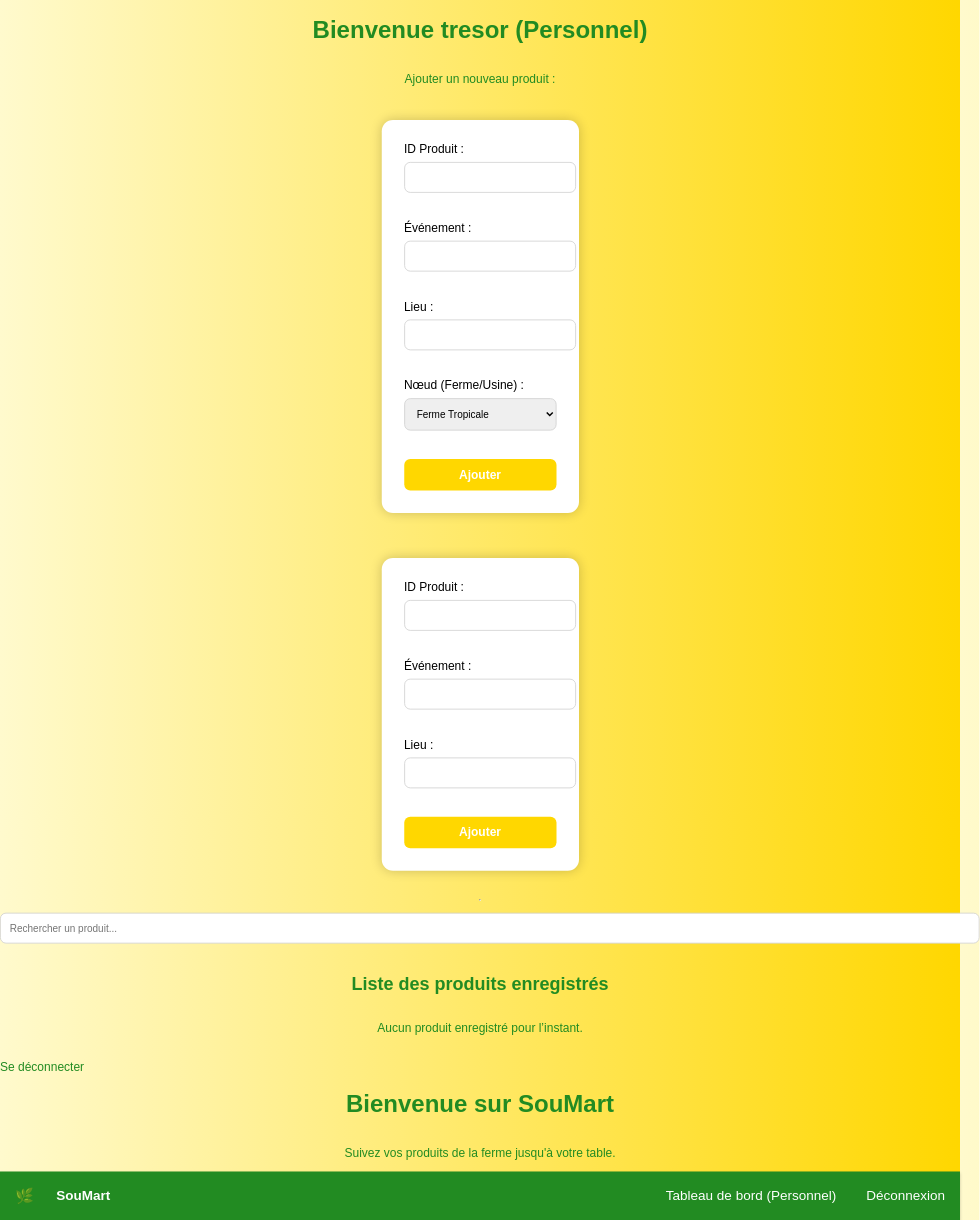
Repository: SouhailMar10/FOOD-MART
Page: http://localhost/dashboard_personnel
The author's editor kept a copy of each file at every save. The page is drawn from the files as they stood at one save, then again after the next save.
The browser window is 1280 px wide. The page is 1306 px wide, then 1280 px, so the pictures cover 1306 px, including what lies to the right of the window. The pictures show the whole page, at 75% of full size.
The page is served by the project's application, run on Flask 3 (app.py). The user the application loads for id 1 is signed in. The page reads the database file committed with the project.

Above is the page before, as saved 2025-04-27 12:29:29.

After the next save:
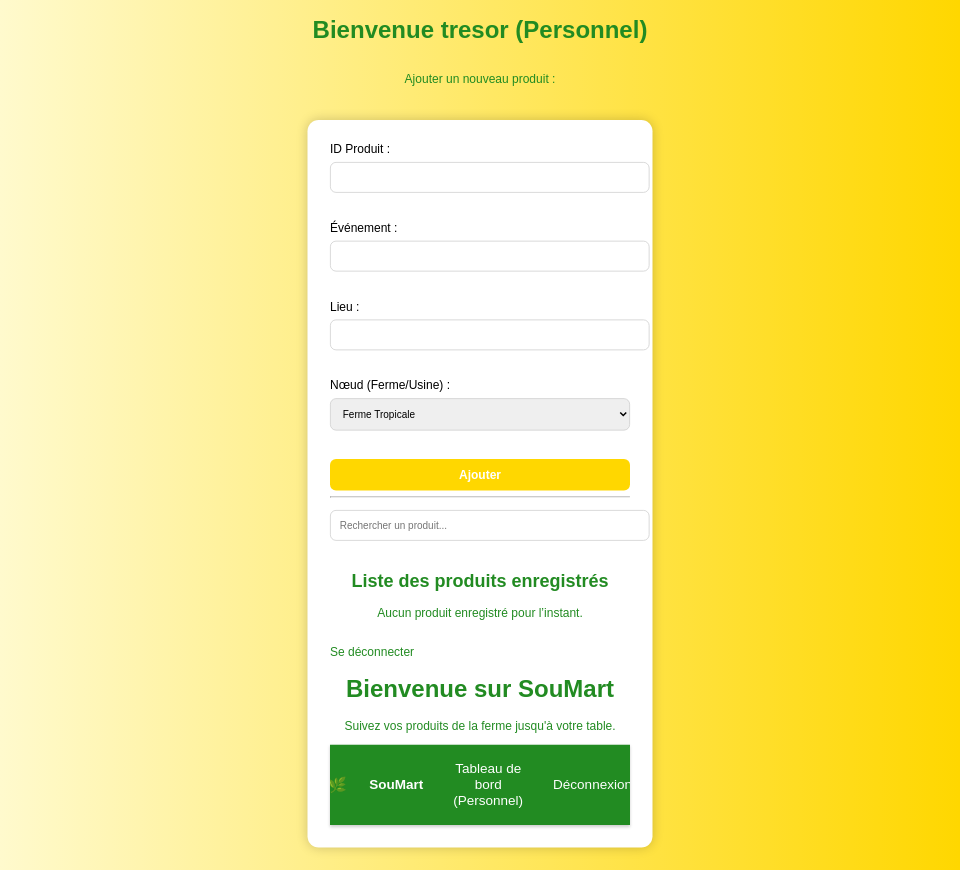
Saved 38 min 48 s later.
--- a/templates/dashboard_personnel.html
+++ b/templates/dashboard_personnel.html
@@ -36,19 +36,7 @@
         </select><br><br>
 
         <input type="submit" value="Ajouter">
-    </form>
-    <form action="/dashboard_personnel" method="POST">
-        <label for="product_id">ID Produit :</label><br>
-        <input type="text" id="product_id" name="product_id" required><br><br>
 
-        <label for="event">Événement :</label><br>
-        <input type="text" id="event" name="event" required><br><br>
-
-        <label for="location">Lieu :</label><br>
-        <input type="text" id="location" name="location" required><br><br>
-
-        <input type="submit" value="Ajouter">
-    </form>
 
     <hr>
     <input type="text" id="searchInput" placeholder="Rechercher un produit..." onkeyup="searchProducts()">
